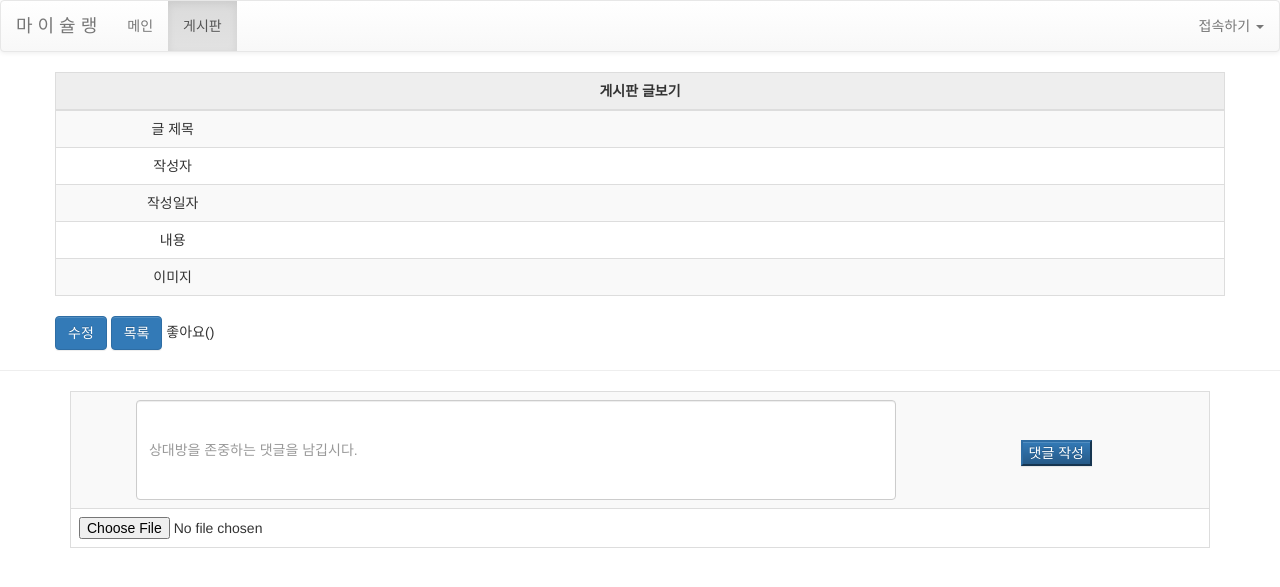
Repository: serendipity63/mychelin
Page: http://localhost/board/WEB-INF/views/detailform.jsp
These files come from the project's save history. The page is drawn as it stood at one moment and after the next save; the edit follows.
The browser window is 1280 px wide. The pictures show the whole page.
Some web libraries are served in a nearby version. The page is served by Tomcat 9. Nobody is signed in. The template is opened directly, without the code that normally fills it, so the values that code supplies are empty.

Above is the page before, as saved 2024-01-11 13:44:15.
Console error (its wording comes from the project's code and is left out).

After the next save:
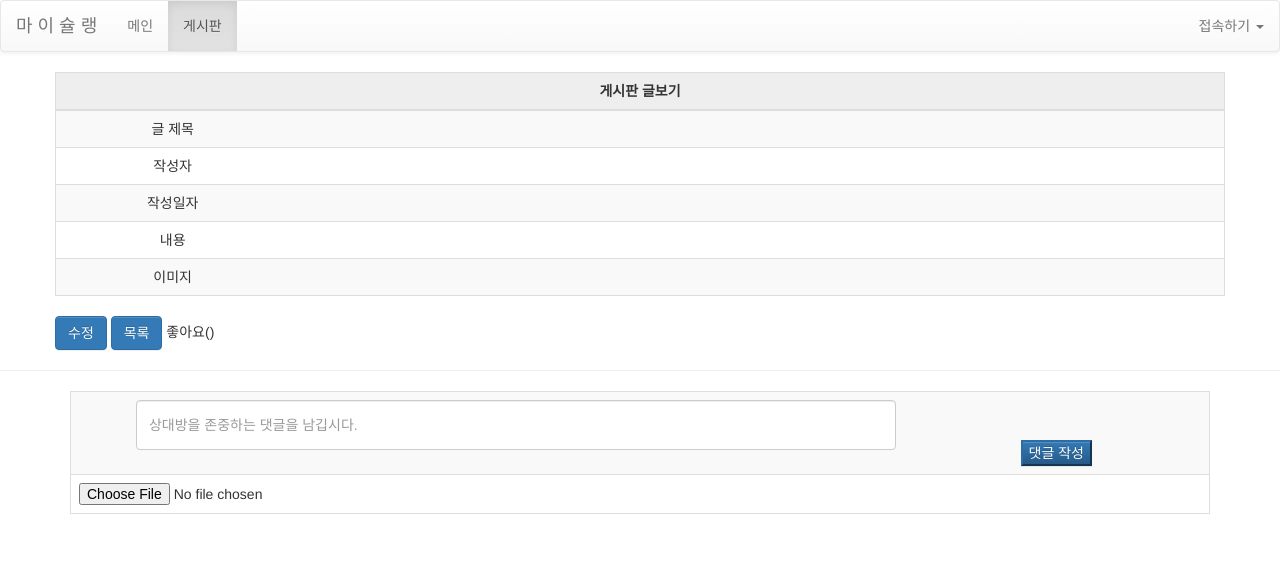
Saved 5 s later.
--- a/board/src/main/webapp/WEB-INF/views/detailform.jsp
+++ b/board/src/main/webapp/WEB-INF/views/detailform.jsp
@@ -188,7 +188,7 @@
 			<table class="table table-striped" style="text-align: center; border: 1px solid #dddddd">
 				<tr>
 					<td style="border-bottom:none;" valign="middle"><br><br>${user.id}</td>
-					<td><input type="text" style="height:10rem;" class="form-control" placeholder="상대방을 존중하는 댓글을 남깁시다." name = "commentText"></td>
+					<td><input type="text" style="height:5rem;" class="form-control" placeholder="상대방을 존중하는 댓글을 남깁시다." name = "commentText"></td>
 					<td><br><br><input type="submit" class="btn-primary pull" value="댓글 작성"></td>
 				</tr>
 				<tr>
